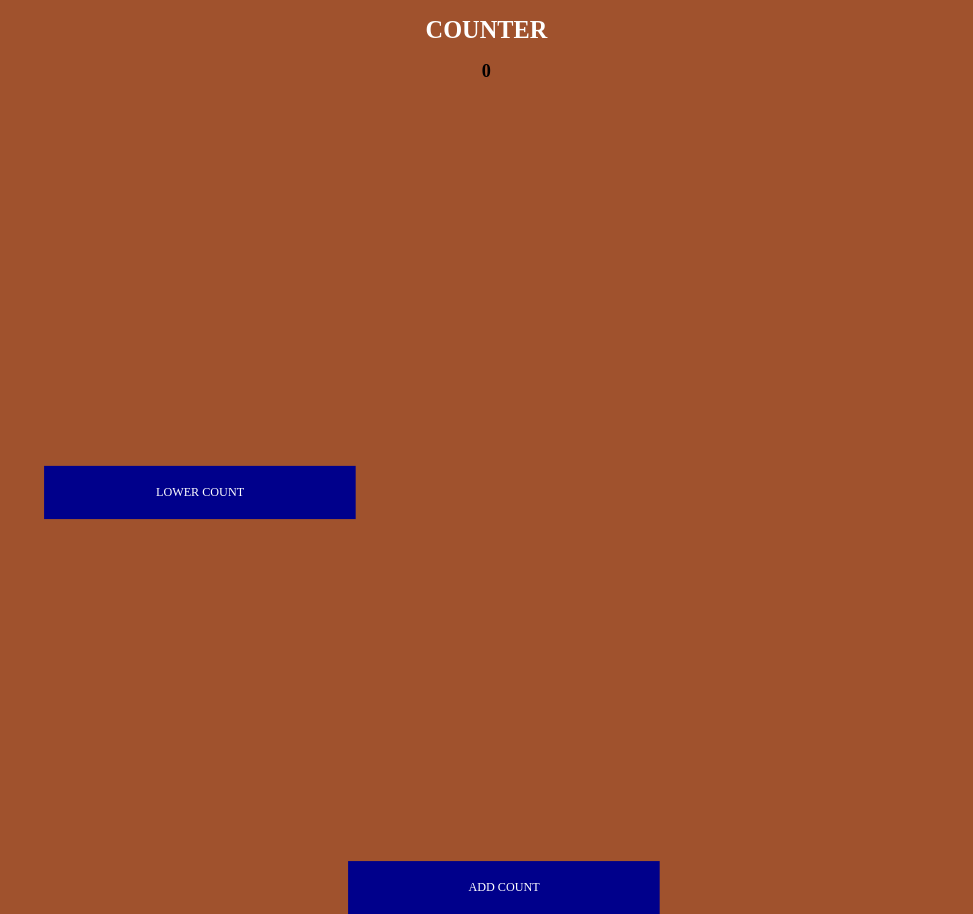
Repository: Seryozha02/Calculator
Page: calculator.html
The author's editor kept a copy of each file at every save. The page is drawn from the files as they stood at one save, then again after a run of saves.
The browser window is 1280 px wide. The pictures show the whole page, at 76% of full size.

Above is the page before, as saved 2022-02-14 17:04:08.

### calculator.html
<!DOCTYPE html>
<html lang="en">

<head>
    <meta charset="UTF-8">
    <meta http-equiv="X-UA-Compatible" content="IE=edge">
    <meta name="viewport" content="width=4, initial-scale=1.0">
    <link rel="stylesheet" href="./calculator.css">
    <title>Calculator</title>
</head>

<body>
    <h1>COUNTER</h1>
    <strong><h2>0</h2></strong>
    <br><br>
    <div class="row">
        <div class="column1">
            <div class="card">
                <p><i class="fa fa-user"></i></p>
                <p>LOWER COUNT</p>
            </div>
        </div>

        <div class="column2">
            <div class="card">
                <p><i class="fa fa-smile-o"></i></p>
                <p>ADD COUNT</p>
            </div>
        </div>
    </div>
</body>
<script src="./calculator.js"></script>
</body>

</html>

### calculator.css
h1 {
    color: white;
}
html{
    background-color: sienna;
}

h2{
    height:
}

* {
    box-sizing: border-box;
}

body {
    text-align: center;
}

/* Float columns */
.column1 {
    float: left;
    width: 33%;
    padding: 0 5px;
    margin-top: 450px;
    margin-left: 50px;
}

.row {
    margin: 0 -5px;
}

.row:after {
    content: "";
    display: table;
}


.column2 {
    float: left;
    width: 33%;
    padding: 0 5px;
    margin-left: 450px;
    margin-top: 450px;
}

.row {
    margin: 0 -5px;
}

.row:after {
    content: "";
    display: table;
}

/* Style the cards */
.card {
    padding: 10px;
    text-align: center;
    background-color: darkblue;
    color: white;
    }

.card:hover {
    transform: scale(1.1);
    background-color: black;
    transition-duration: 2s;
    color: white;
}

.fa {
    font-size: 50px;
}

Loaded but not shown: calculator.js (no copy from this time; the picture is the same without it)

After the next 3 saves:
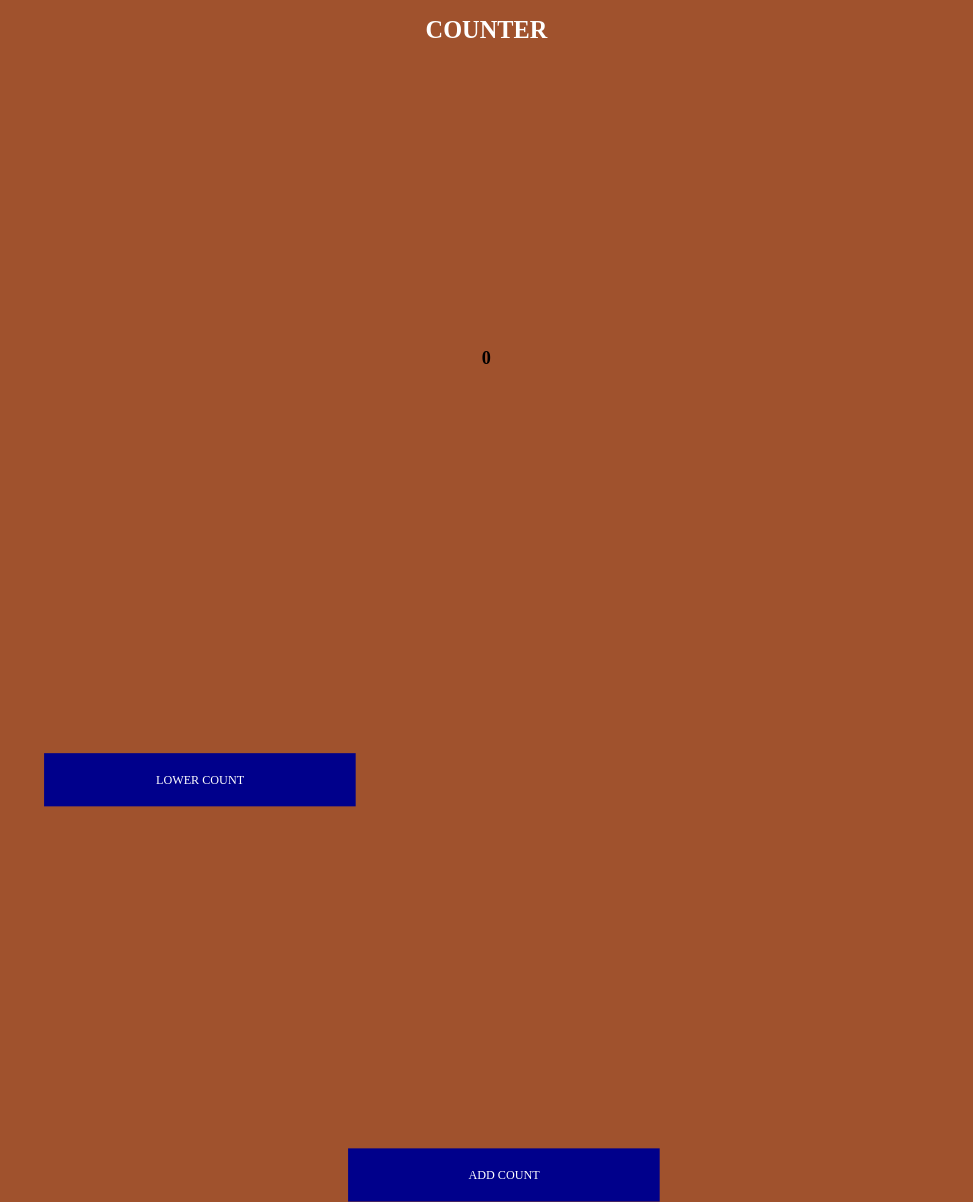
The 3 saves are shown as one change because they came seconds apart.
The last was saved 28 s later.
--- a/calculator.css
+++ b/calculator.css
@@ -6,7 +6,7 @@ html{
 }
 
 h2{
-    height:
+    margin-top: 400px;
 }
 
 * {
